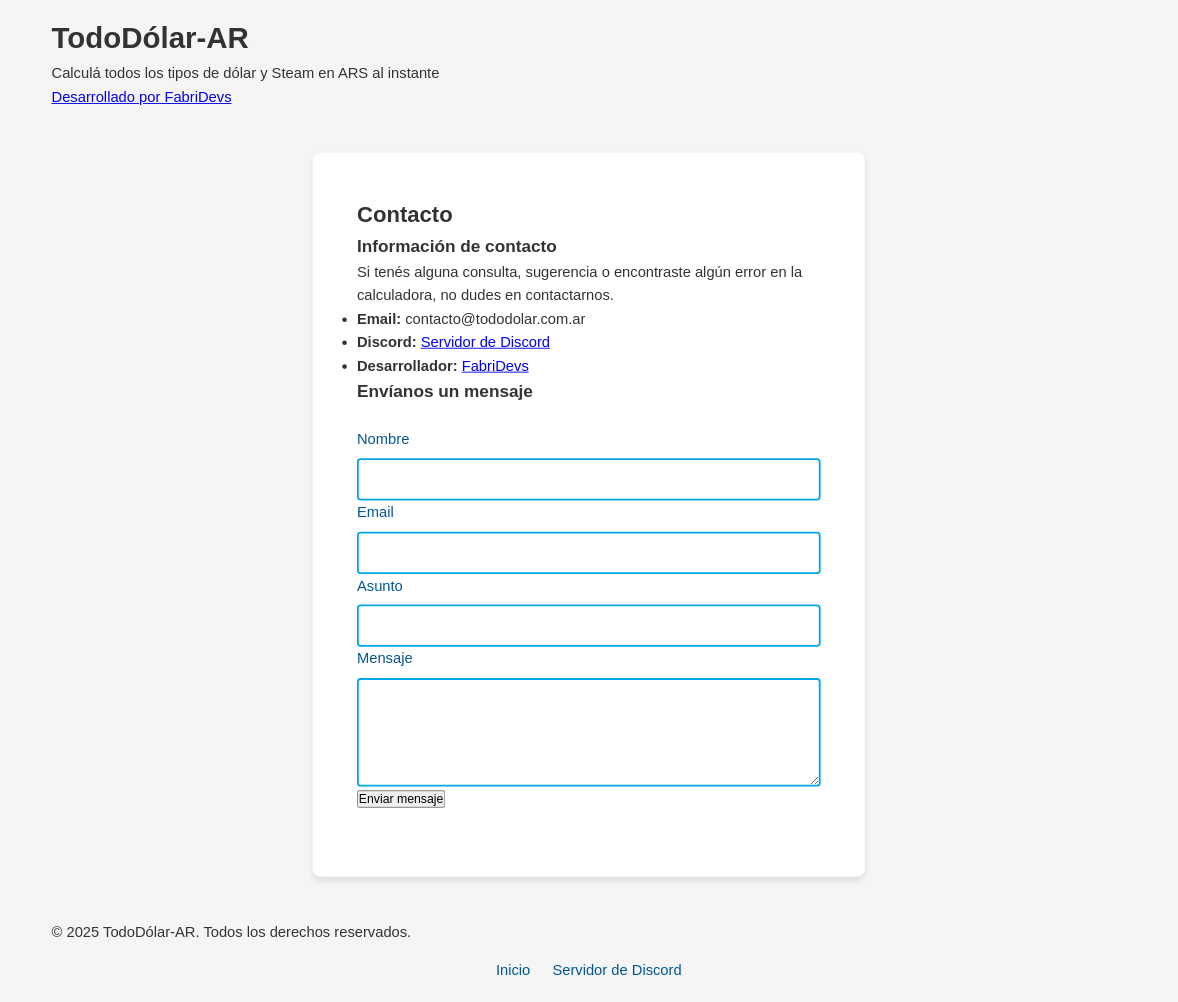
Repository: FabriDevelope/todod-lar-ar
Page: contacto/index.html
An editor plug-in stored every save of this project. The page is shown before and after the next save, followed by the edit.
The browser window is 1280 px wide. The pictures show the whole page, at 92% of full size.

Above is the page before, as saved 2025-09-06 21:05:22.

After the next save:
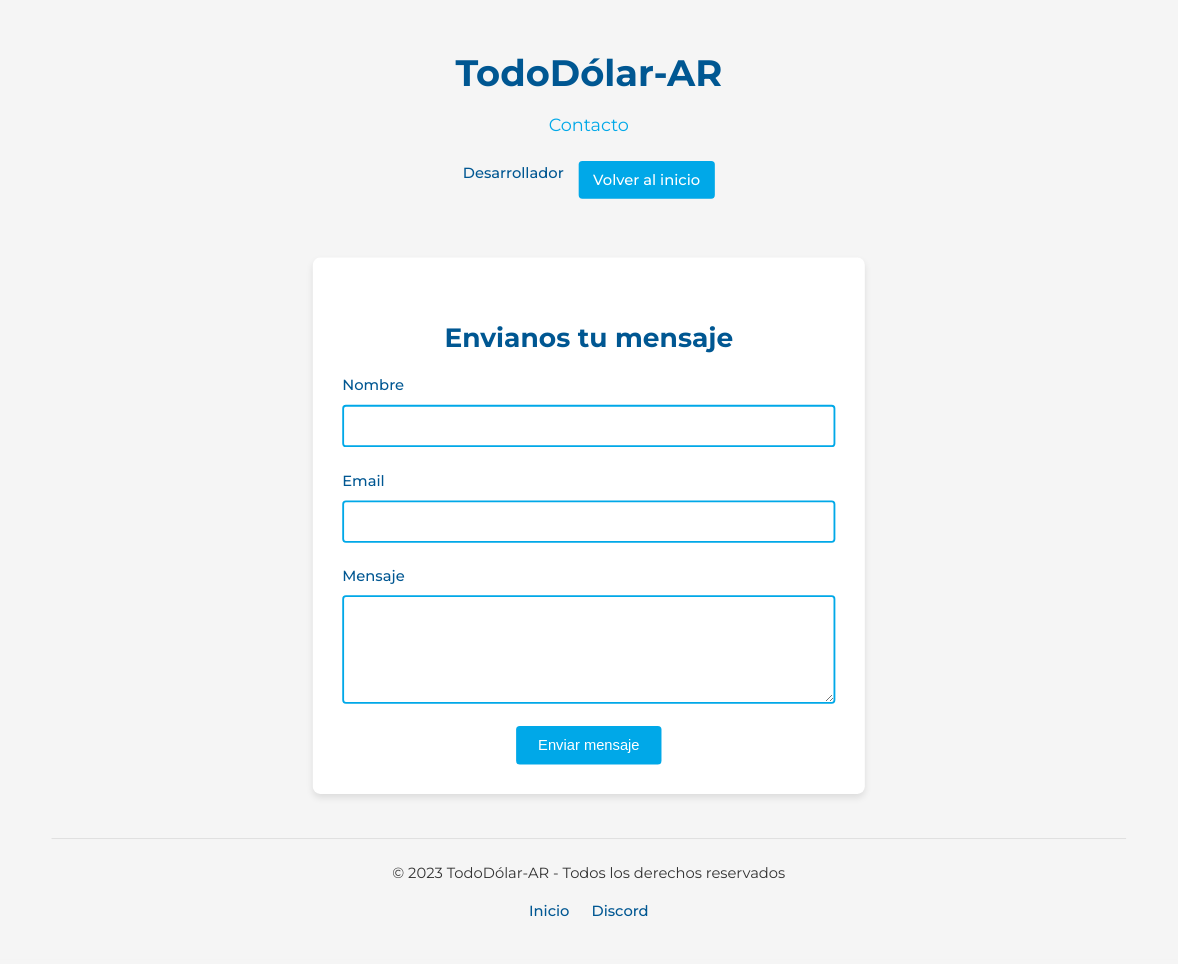
Console error: TypeError: Cannot read properties of null (reading 'addEventListener')
Saved 11 s later.
--- a/contacto/index.html
+++ b/contacto/index.html
@@ -4,96 +4,52 @@
     <meta charset="UTF-8">
     <meta name="viewport" content="width=device-width, initial-scale=1.0">
     <title>Contacto - TodoDólar-AR</title>
-    <meta name="description" content="Contactanos para consultas sobre la calculadora de tipos de dólar y euro a pesos argentinos.">
     <link rel="stylesheet" href="../css/style.css">
     <link rel="icon" type="image/png" href="../favicon.png">
+    <link href="https://fonts.googleapis.com/css2?family=Montserrat:wght@400;500;700&display=swap" rel="stylesheet">
 </head>
 <body>
-    <header>
-        <div class="container">
-            <h1>TodoDólar-AR</h1>
-            <p>Calculá todos los tipos de dólar y Steam en ARS al instante</p>
-            <div class="developer-link">
-                <a href="https://fabridevs.netlify.app" target="_blank">Desarrollado por FabriDevs</a>
+    <div class="container">
+        <!-- Header -->
+        <header class="header">
+            <h1 class="header-title">TodoDólar-AR</h1>
+            <p class="header-subtitle">Contacto</p>
+            <div class="header-links">
+                <a href="https://fabridevs.netlify.app" target="_blank" class="dev-link">Desarrollador</a>
+                <a href="../index.html" class="back-btn">Volver al inicio</a>
             </div>
-        </div>
-    </header>
+        </header>
 
-    <main>
+        <!-- Formulario de contacto -->
         <section class="contact-section">
-            <div class="container">
-                <h2>Contacto</h2>
-                <div class="contact-container">
-                    <div class="contact-info">
-                        <h3>Información de contacto</h3>
-                        <p>Si tenés alguna consulta, sugerencia o encontraste algún error en la calculadora, no dudes en contactarnos.</p>
-                        <ul>
-                            <li><strong>Email:</strong> contacto@tododolar.com.ar</li>
-                            <li><strong>Discord:</strong> <a href="https://discord.gg/tododolar" target="_blank">Servidor de Discord</a></li>
-                            <li><strong>Desarrollador:</strong> <a href="https://fabridevs.netlify.app" target="_blank">FabriDevs</a></li>
-                        </ul>
-                    </div>
-                    <div class="contact-form">
-                        <h3>Envíanos un mensaje</h3>
-                        <form id="contact-form">
-                            <div class="form-group">
-                                <label for="name">Nombre</label>
-                                <input type="text" id="name" name="name" required>
-                            </div>
-                            <div class="form-group">
-                                <label for="email">Email</label>
-                                <input type="email" id="email" name="email" required>
-                            </div>
-                            <div class="form-group">
-                                <label for="subject">Asunto</label>
-                                <input type="text" id="subject" name="subject" required>
-                            </div>
-                            <div class="form-group">
-                                <label for="message">Mensaje</label>
-                                <textarea id="message" name="message" rows="5" required></textarea>
-                            </div>
-                            <button type="submit">Enviar mensaje</button>
-                        </form>
-                        <div id="form-message" class="form-message"></div>
-                    </div>
+            <h2 class="section-title">Envianos tu mensaje</h2>
+            <form class="contact-form">
+                <div class="form-group">
+                    <label for="name">Nombre</label>
+                    <input type="text" id="name" name="name" required>
                 </div>
+                <div class="form-group">
+                    <label for="email">Email</label>
+                    <input type="email" id="email" name="email" required>
+                </div>
+                <div class="form-group">
+                    <label for="message">Mensaje</label>
+                    <textarea id="message" name="message" rows="5" required></textarea>
+                </div>
+                <button type="submit" class="submit-btn">Enviar mensaje</button>
+            </form>
+        </section>
+
+        <!-- Footer -->
+        <footer class="footer">
+            <p>&copy; 2023 TodoDólar-AR - Todos los derechos reservados</p>
+            <div class="footer-links">
+                <a href="index.html">Inicio</a>
+                <a href="#" target="_blank">Discord</a>
             </div>
-        </section>
-    </main>
+        </footer>
+    </div>
 
-    <footer>
-        <div class="container">
-            <div class="footer-content">
-                <div class="copyright">
-                    <p>&copy; 2025 TodoDólar-AR. Todos los derechos reservados.</p>
-                </div>
-                <div class="footer-links">
-                    <a href="./">Inicio</a>
-                    <a href="https://discord.gg/tododolar" target="_blank">Servidor de Discord</a>
-                </div>
-            </div>
-        </div>
-    </footer>
-
-    <script>
-        document.addEventListener('DOMContentLoaded', function() {
-            const contactForm = document.getElementById('contact-form');
-            const formMessage = document.getElementById('form-message');
-
-            contactForm.addEventListener('submit', function(e) {
-                e.preventDefault();
-
-                // Simulación de envío de formulario
-                formMessage.textContent = 'Enviando mensaje...';
-                formMessage.className = 'form-message sending';
-
-                setTimeout(function() {
-                    formMessage.textContent = '¡Mensaje enviado con éxito! Te responderemos a la brevedad.';
-                    formMessage.className = 'form-message success';
-                    contactForm.reset();
-                }, 1500);
-            });
-        });
-    </script>
+    <script src="../js/script.js"></script>
 </body>
 </html>
